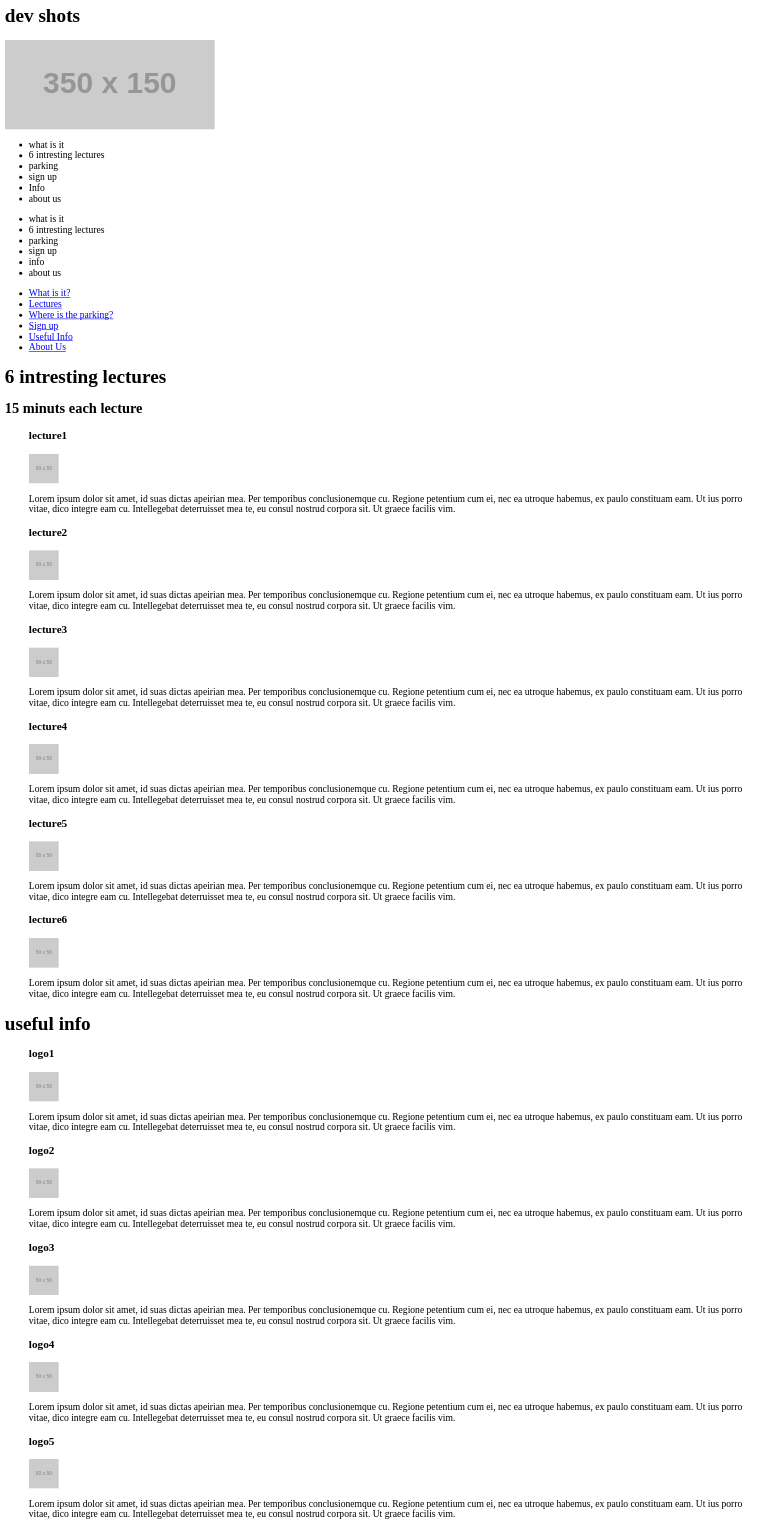
Repository: innaplx/exercises-devshots-html4-part1
Page: index.html
These files come from the project's save history. The page is drawn as it stood at one moment and after the next save; the edit follows.
The browser window is 1280 px wide. The pictures show the whole page, at 60% of full size.

Above is the page before, as saved 2018-08-17 20:20:31.

After the next save:
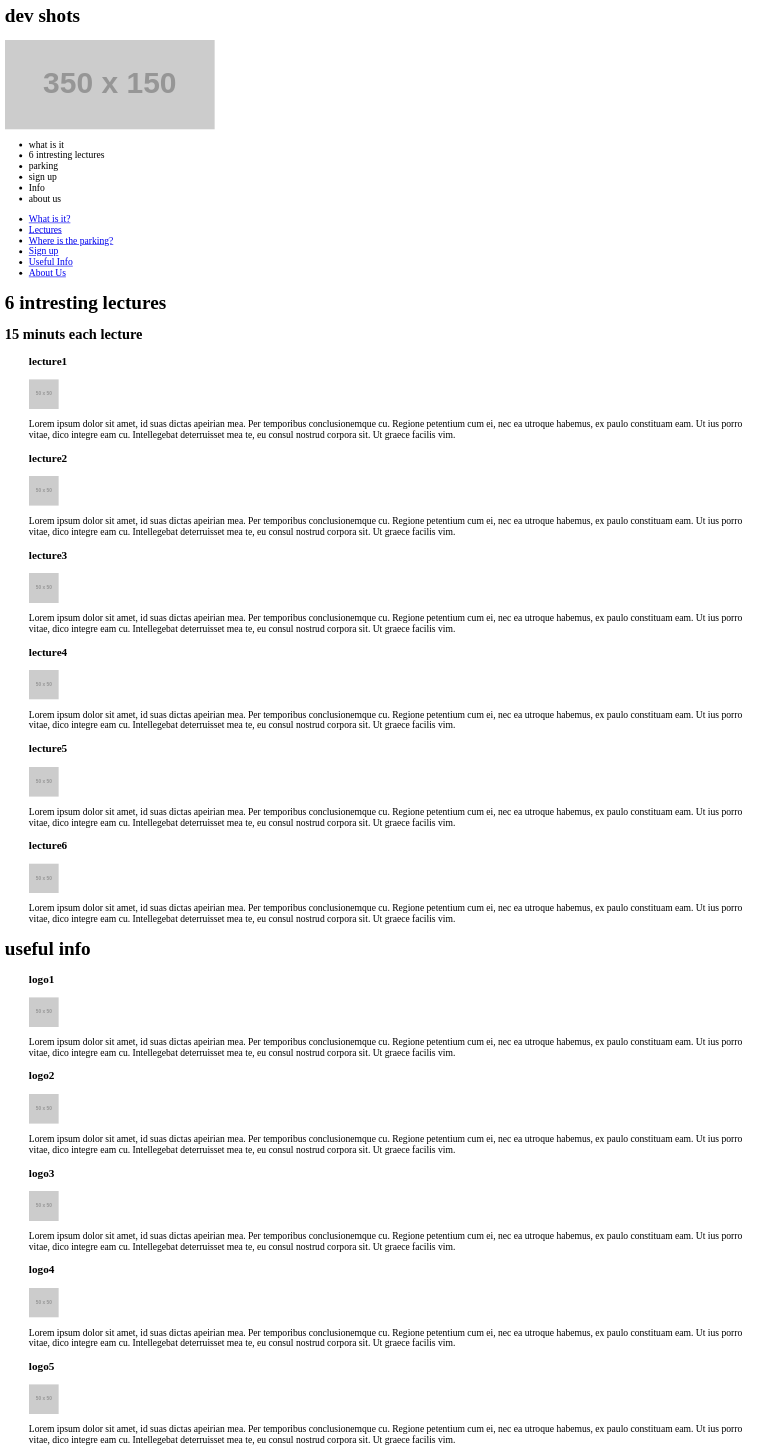
Saved 20 s later.
--- a/index.html
+++ b/index.html
@@ -18,14 +18,6 @@
                     <li><a herf="#">about us</a></li>
                 </ul>
 
-                <ul>
-                        <li><a herf="#">what is it</a></li>
-                        <li><a herf="#">6 intresting lectures</a></li>
-                        <li><a herf="#">parking</a></li>
-                        <li><a herf="#">sign up</a></li>
-                        <li><a herf="#">info</a></li>
-                        <li><a herf="#">about us</a></li>
-                    </ul>
             <ul>
                     <li><a href="#">What is it?</a></li>
                     <li><a href="#">Lectures</a></li>
